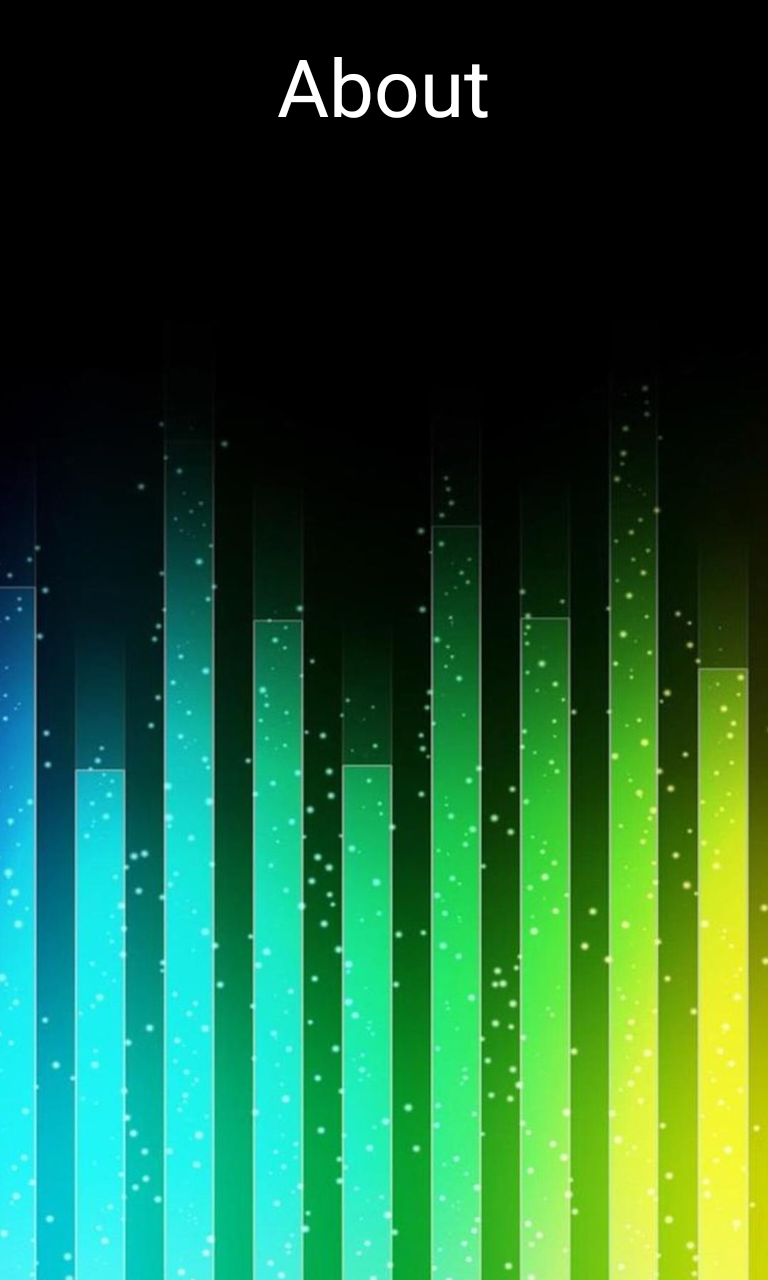
Repository: SoundBoardJAMJ/Project
Layout: workspace/SoundBoard/res/layout/about.xml
The author's editor kept a copy of each file at every save. The layout is drawn from the files as they stood at one save, then again after the next save.
It is drawn on a 768 x 1280 px phone screen (xhdpi) without system bars, with theme AppTheme; the app's code is not run.

Above is the layout before, as saved 2014-05-02 06:54:57.

After the next save:
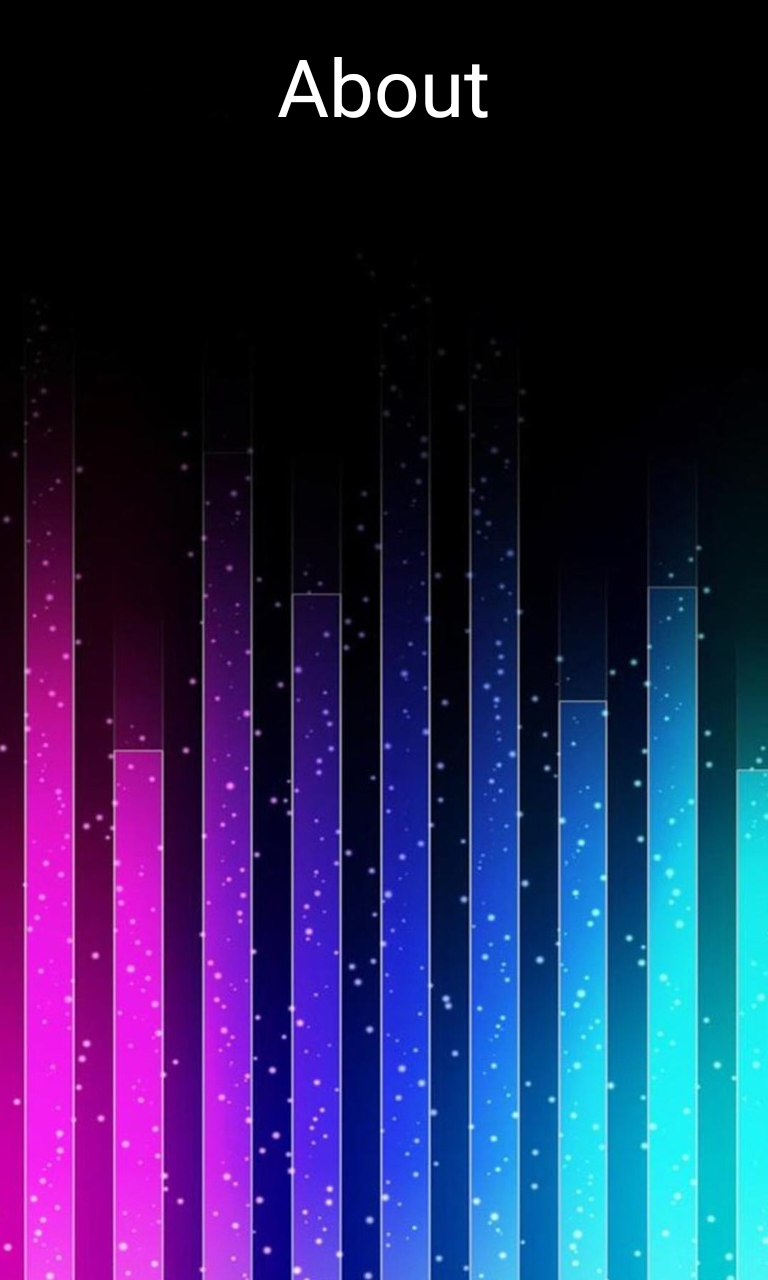
Saved 80 s later.
--- a/workspace/SoundBoard/res/layout/about.xml
+++ b/workspace/SoundBoard/res/layout/about.xml
@@ -2,7 +2,7 @@
     xmlns:tools="http://schemas.android.com/tools"
     android:layout_width="match_parent"
     android:layout_height="match_parent"
-    android:background="@drawable/image3"
+    android:background="@drawable/image1"
     android:paddingBottom="@dimen/activity_vertical_margin"
     android:paddingLeft="@dimen/activity_horizontal_margin"
     android:paddingRight="@dimen/activity_horizontal_margin"
